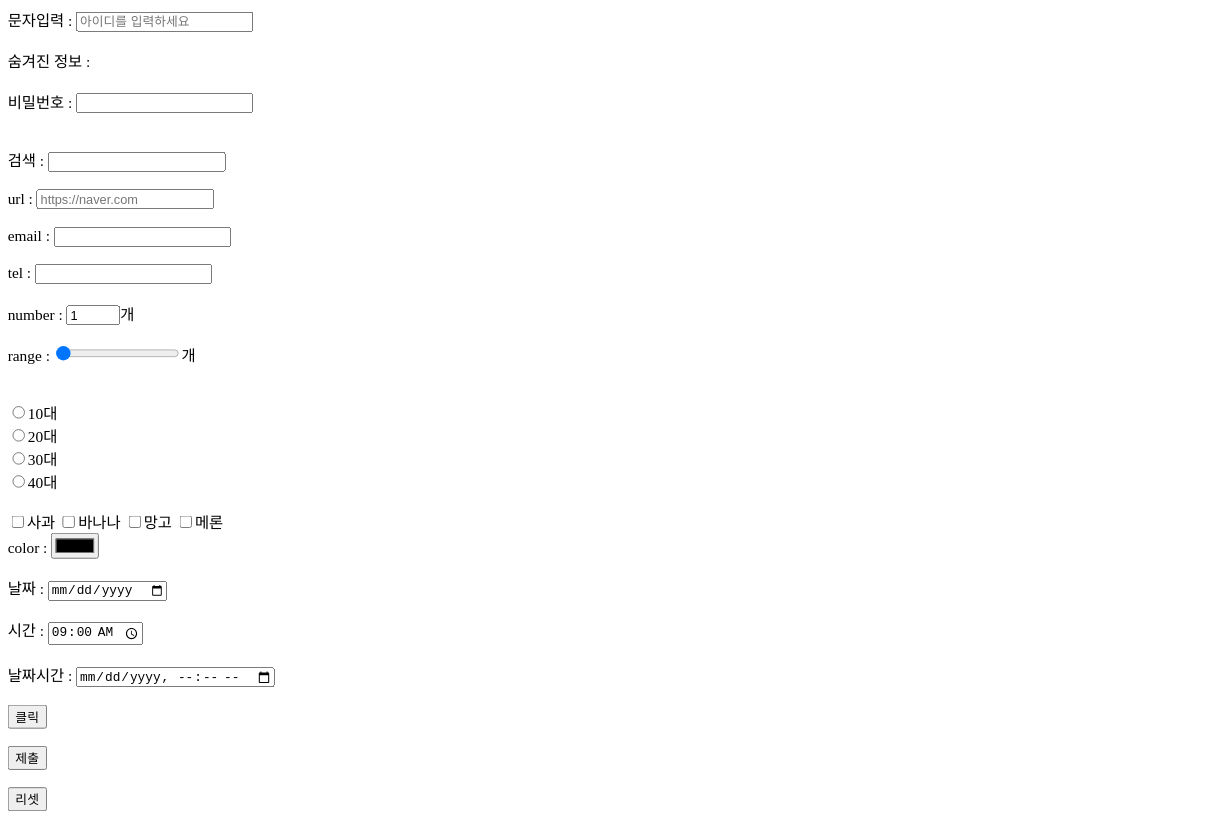
Repository: jaehyeon0418/workspace123
Page: w1025/src/webapp/w1025_07.html
These files come from the project's save history. The page is drawn as it stood at one moment and after the next save; the edit follows.
The browser window is 1280 px wide. The pictures show the whole page, at 96% of full size.

Above is the page before, as saved 2022-10-25 03:30:38.

### w1025/src/webapp/w1025_07.html
<!DOCTYPE html>
<html>
<head>
<meta charset="UTF-8">
<title>Insert title here</title>
</head>
<body>

<!-- 사용자로부터 값을 입력받을 수 있는 태그

기본값은 text

-->
문자입력 : <input type = "text" name="id" placeholder = "아이디를 입력하세요" maxlength ="5"> <br><br>
숨겨진 정보 : <input type = "hidden" name="id" value = "192.168.0.12"><br><br>
비밀번호 : <input type = "password" name="pwd"> <br><br>

<br>

검색 : <input type = "search" name="search"> <br><br>
url : <input type = "url" placeholder="https://naver.com"><br><br>
email : <input type = "email" name="email"><br><br>
tel : <input type = "tel" name="tel"><br><br>
number : <input type = "number" name = "num" min="1" max="10" value="1">개<br><br>
range : <input type = "range" name = "range" min="1" max="10" value="1">개<br><br>

<br>

<input type = "radio" name = "ages" value = "teenage">10대<br>
<input type = "radio" name = "ages" value = "twenties">20대<br>
<input type = "radio" name = "ages" value = "thirties">30대<br>
<input type = "radio" name = "ages" value = "forties">40대<br>

<br>

<input type ="checkbox" name = "fruit1" value = "apple">사과
<input type ="checkbox" name = "fruit2" value = "banana">바나나
<input type ="checkbox" name = "fruit3" value = "mango">망고
<input type ="checkbox" name = "fruit4" value = "melon">메론

<br>

color : <input color type = "color" name = "color"><br><br>
날짜 : <input type = "date" name = "bday"><br><br>
시간 : <input type = "time" name = "time" value = "09:00"><br><br>
날짜시간 : <input type = "datetime-local" name = "day"><br><br>

<!-- ㅠㅗㅁ을 만든 후 사용할 버튼
전송: 사용자 입력내용을 서버로 전송
리셋: 사용자 입력내용을 전부 삭제
 -->

<input type = "button" value = "클릭"><br><br>
<input type = "submit" value = "제출"><br><br>
<input type = "reset" value = "리셋"><br><br>



</body>
</html>

After the next save:
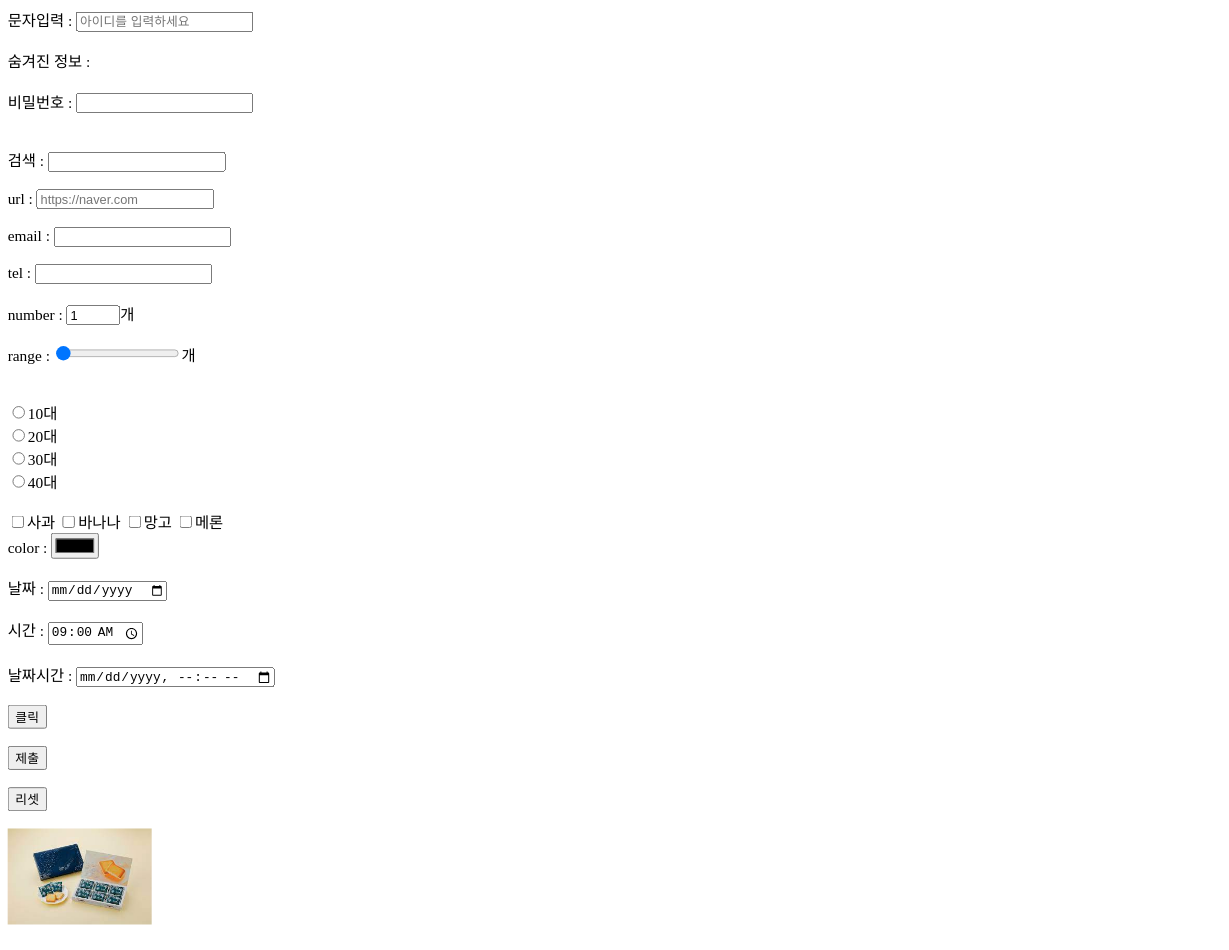
Saved 2 min 38 s later.
--- a/w1025/src/webapp/w1025_07.html
+++ b/w1025/src/webapp/w1025_07.html
@@ -53,7 +53,7 @@
 <input type = "button" value = "클릭"><br><br>
 <input type = "submit" value = "제출"><br><br>
 <input type = "reset" value = "리셋"><br><br>
-
+<input type = "image" src = "./images/다운로드.jfif" height ="100"><br><br>
 
 
 </body>
